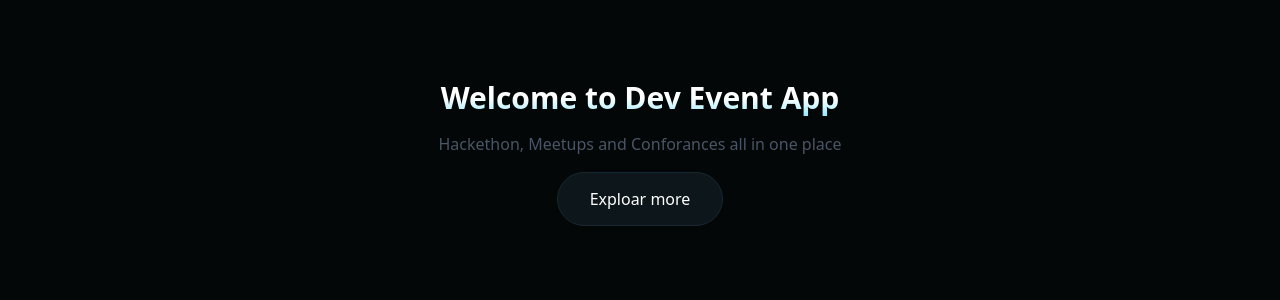
Repository: harshhariyani404/dev-events
Page: /
The author's editor kept a copy of each file at every save. The page is drawn from the files as they stood at one save, then again after the next save.
The browser window is 1280 px wide. The pictures show the whole page.
The project was rebuilt for these pictures with package versions that can differ from the ones it lists, and the page was loaded fresh each time. The framework's server and built-in components were replaced by stand-ins that run in the browser. Also part of the build but not shown: next.config.ts.

Above is the page before, as saved 2026-02-06 14:29:54.

### app/layout.tsx
import type { Metadata } from "next";
import { Geist, Geist_Mono } from "next/font/google";
import "./globals.css";

const geistSans = Geist({
  variable: "--font-geist-sans",
  subsets: ["latin"],
});

const geistMono = Geist_Mono({
  variable: "--font-geist-mono",
  subsets: ["latin"],
});

export const metadata: Metadata = {
  title: "Dev Event App",
  description: "Generated by create next app",
};

export default function RootLayout({
  children,
}: Readonly<{
  children: React.ReactNode;
}>) {
  return (
    <html lang="en">
      <body
        className={`${geistSans.variable} ${geistMono.variable} antialiased`}
      >
        <main>
          {children}
        </main>

      </body>
    </html>
  );
}

### app/page.tsx
import Exploarbtn from "./components/Exploarbtn";

const page = () => {
  return (
    <section>
      <h1 className="text-3xl font-bold text-center mt-10">Welcome to Dev Event App</h1>
      <p className="text-center mt-4 text-gray-600">Hackethon, Meetups and Conforances all in one place</p>
      <Exploarbtn />
    </section>
  );
}

export default page;

### app/components/Exploarbtn.tsx
'use client';
const Exploarbtn = () => {
  return (
    <div>
      <button type="button" id="explore-btn" className="mt-4 mx-auto"  onClick={()=>console.log('hello world')}>Exploar more</button>
    </div>
  );
}

export default Exploarbtn;

Loaded but not shown: app/globals.css (common file)

After the next save:
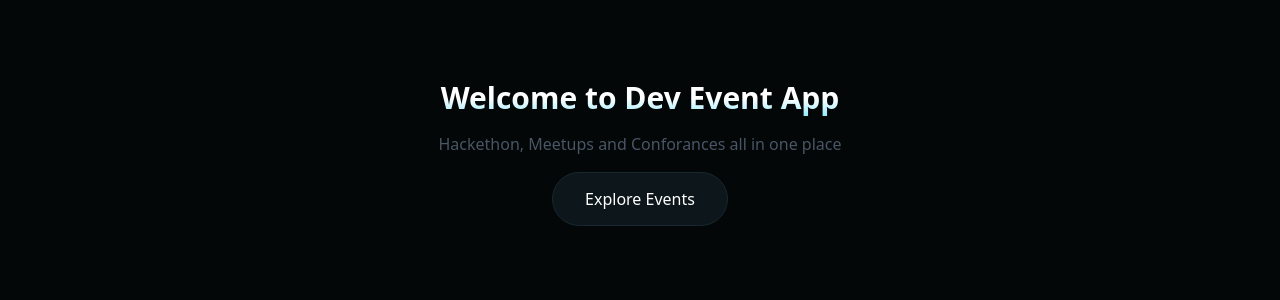
Saved 92 s later.
--- a/app/components/Exploarbtn.tsx
+++ b/app/components/Exploarbtn.tsx
@@ -1,8 +1,13 @@
 'use client';
+import Link from "next/link";
 const Exploarbtn = () => {
   return (
     <div>
-      <button type="button" id="explore-btn" className="mt-4 mx-auto"  onClick={()=>console.log('hello world')}>Exploar more</button>
+      <button type="button" id="explore-btn" className="mt-4 mx-auto"  onClick={()=>console.log('hello world')}>
+        <Link href='#events'>
+            Explore Events
+        </Link>
+      </button>
     </div>
   );
 }

After the 2 saves that followed:
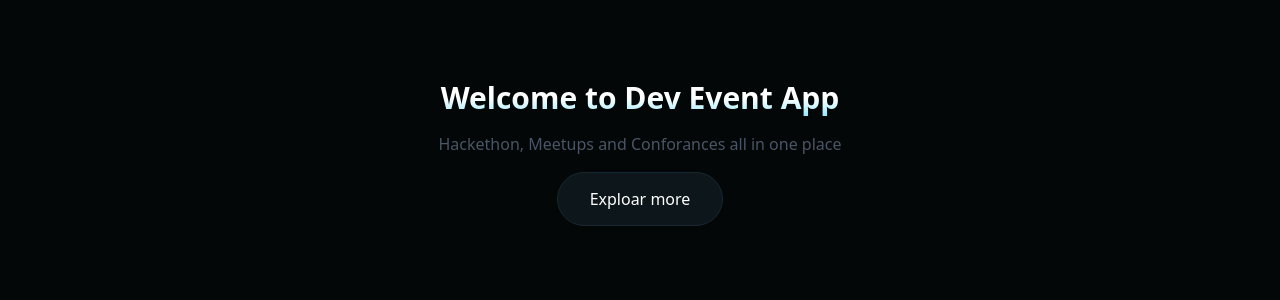
The 2 saves are shown as one change because 1 left the picture as it was.
The last was saved 86 s later.
--- a/app/components/Exploarbtn.tsx
+++ b/app/components/Exploarbtn.tsx
@@ -1,13 +1,8 @@
 'use client';
-import Link from "next/link";
 const Exploarbtn = () => {
   return (
     <div>
-      <button type="button" id="explore-btn" className="mt-4 mx-auto"  onClick={()=>console.log('hello world')}>
-        <Link href='#events'>
-            Explore Events
-        </Link>
-      </button>
+      <button type="button" id="explore-btn" className="mt-4 mx-auto"  onClick={()=>console.log('hello world')}>Exploar more</button>
     </div>
   );
 }
